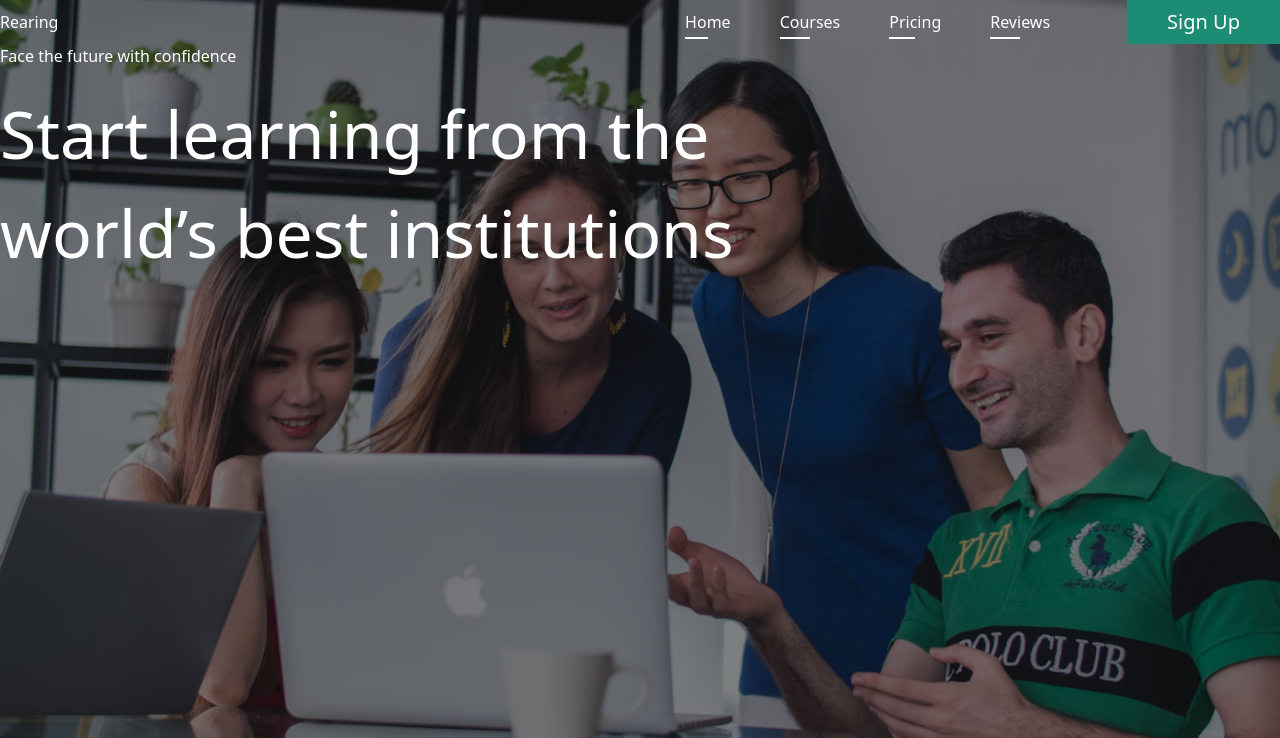
Repository: vandangnhathung/educationplatform
Page: /
The author's editor kept a copy of each file at every save. The page is drawn from the files as they stood at one save, then again after the next save.
The browser window is 1280 px wide. The pictures show the whole page.
The project was rebuilt for these pictures with package versions that can differ from the ones it lists, and the page was loaded fresh each time.

Above is the page before, as saved 2022-06-20 15:00:28.

### src/index.js
import React from "react";
import ReactDOM from "react-dom/client";
import App from "./App";
import reportWebVitals from "./reportWebVitals";
import "./index.css";
const root = ReactDOM.createRoot(document.getElementById("root"));
root.render(
  <React.StrictMode>
    <App />
  </React.StrictMode>
);

// If you want to start measuring performance in your app, pass a function
// to log results (for example: reportWebVitals(console.log))
// or send to an analytics endpoint. Learn more: https://bit.ly/CRA-vitals
reportWebVitals();

### src/App.js
import Header from "./components/Header";

function App() {
  return (
    <>
      <Header></Header>
    </>
  );
}

export default App;

### src/index.css
@tailwind base;
@tailwind components;
@tailwind utilities;
@import url("https://fonts.googleapis.com/css2?family=Urbanist:wght@100;200;300;400;500;600;700;800&display=swap");
*,
*::before,
*::after {
  box-sizing: border-box;
}
* {
  margin: 0;
  padding: 0;
}

html,
body {
  height: 100%;
}
body {
  line-height: 1.5;
}

img,
picture,
video,
canvas,
svg {
  display: block;
  max-width: 100%;
}
input,
button,
textarea,
select {
  font: inherit;
  outline: none;
}
p,
h1,
h2,
h3,
h4,
h5,
h6 {
  overflow-wrap: break-word;
}

.container {
  max-width: 1280px;
  margin: 0 auto;
  width: 100%;
}

.active {
  position: relative;
}

.active::before {
  content: "";
  display: block;
  position: absolute;
  bottom: -5px;
  width: 50%;
  padding: 1px;
  left: 0;
  background-color: #fff;
}

### src/components/Header.js
import React, { useEffect } from "react";
import headerImg from "../images/Images.png";
const Header = () => {
  const headerNav = [
    {
      id: 1,
      title: "Home",
    },
    {
      id: 2,
      title: "Courses",
    },
    {
      id: 3,
      title: "Pricing",
    },
    {
      id: 4,
      title: "Reviews",
    },
  ];
  return (
    <header>
      <div className="relative">
        <img src={headerImg} alt="header_img" className="w-full" />
        <div className="absolute inset-0 bg-black opacity-50"></div>
        <div class="absolute top-0  left-0 right-0 ">
          <div class="container">
            <div className=" header-top text-white flex items-center justify-between">
              <div className="">Rearing</div>
              <div className="flex items-center">
                <nav className="mr-[77px]">
                  <ul className="flex items-center  gap-x-[49px] ">
                    {headerNav.map((item) => (
                      <li className="active cursor-pointer" key={item.id}>
                        {item.title}
                      </li>
                    ))}
                  </ul>
                </nav>
                <button className="py-2 px-10 bg-[#1D8C74] text-white text-xl ">
                  Sign Up
                </button>
              </div>
            </div>

            <div className="slogan text-white">
              <h3 className="text-base mb-4">
                Face the future with confidence
              </h3>
              <h1 className="desc max-w-[777px] text-[66px]">
                Start learning from the world’s best institutions
              </h1>
            </div>
          </div>
        </div>
      </div>
    </header>
  );
};

export default Header;

Loaded but not shown: public/index.html (common file); src/reportWebVitals.js (common file); tailwind.config.js (common file)

After the next save:
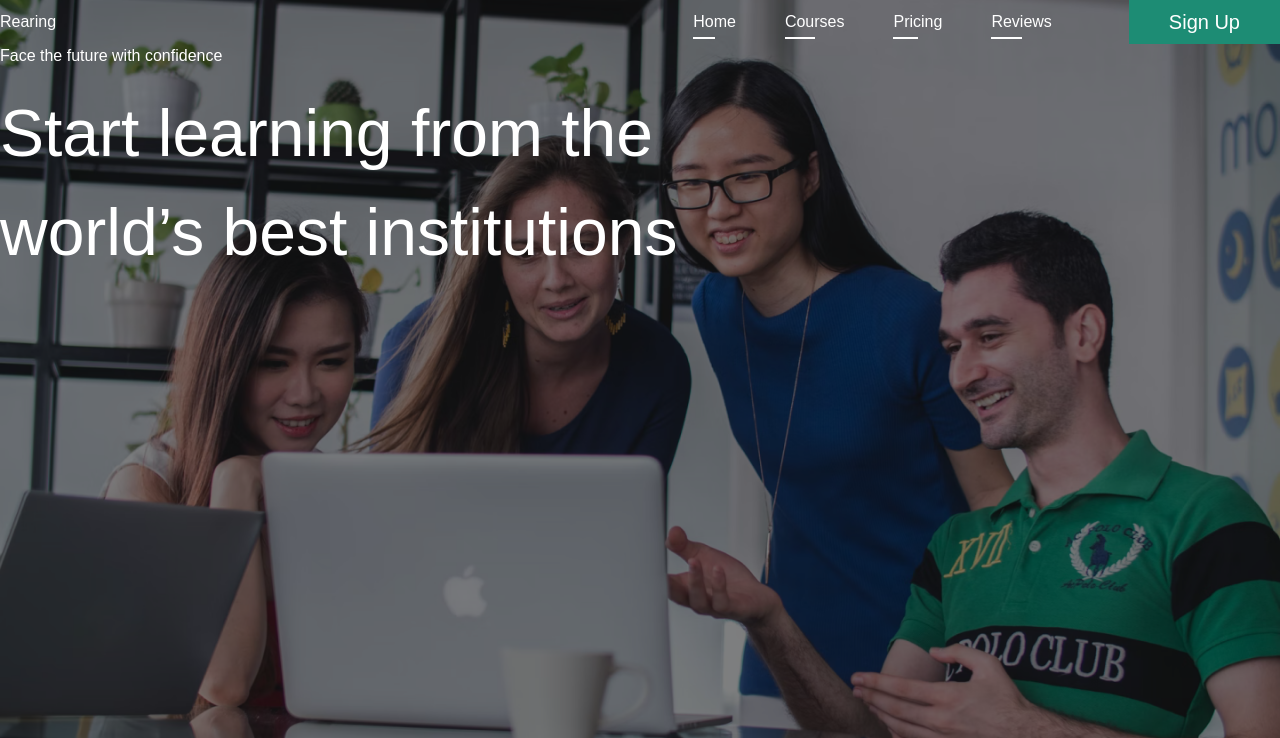
Saved 19 s later.
--- a/src/index.css
+++ b/src/index.css
@@ -18,6 +18,7 @@ body {
 }
 body {
   line-height: 1.5;
+  font-family: "Urbanist", sans-serif;
 }
 
 img,
